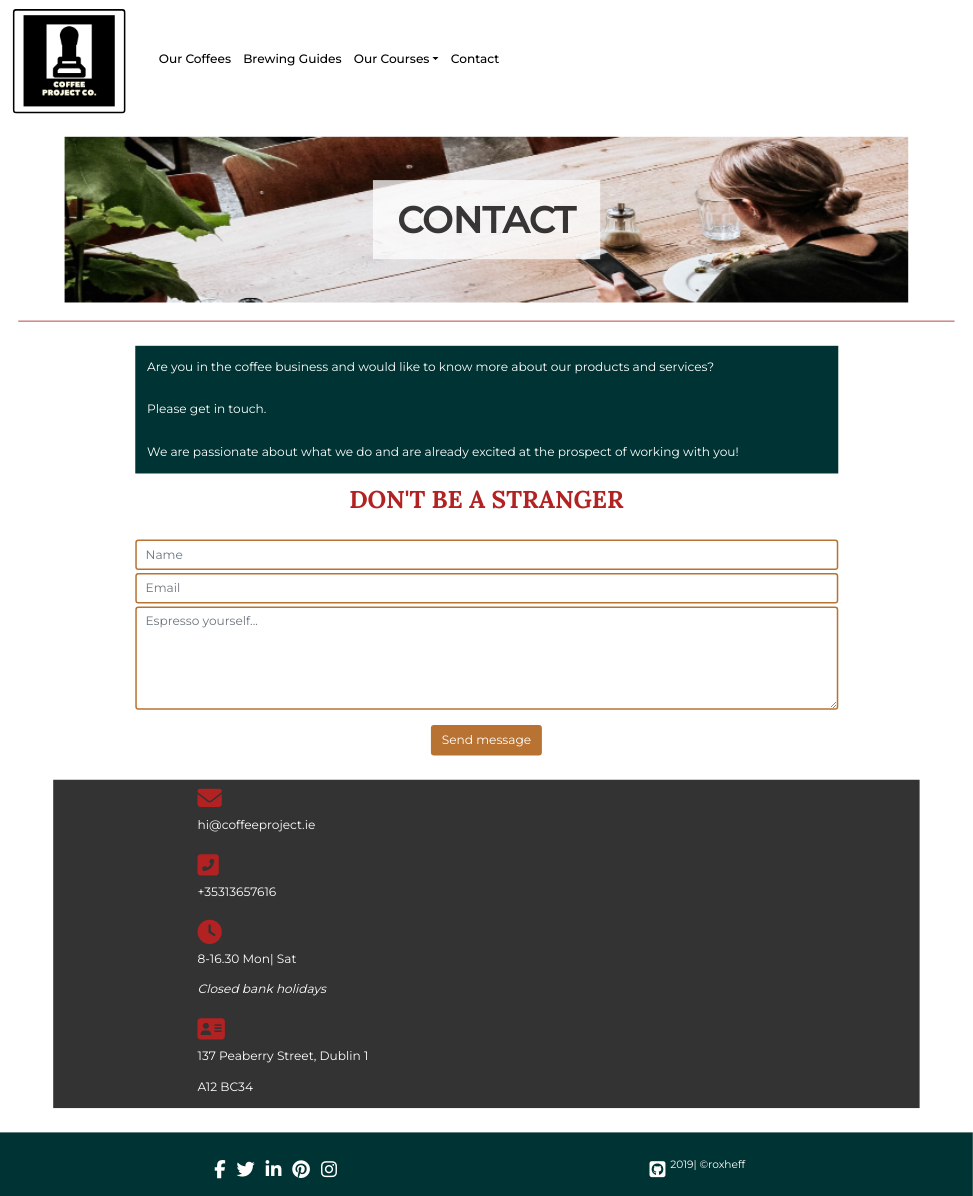
Repository: roxanahefferon/M1
Page: contact.html
The author's editor kept a record of every edit. The page is drawn from the files as they stood at one moment, then again after the next edit.
The browser window is 1280 px wide. The pictures show the whole page, at 76% of full size.
Some web libraries are served in a nearby version.

Above is the page before.

After the next edit:
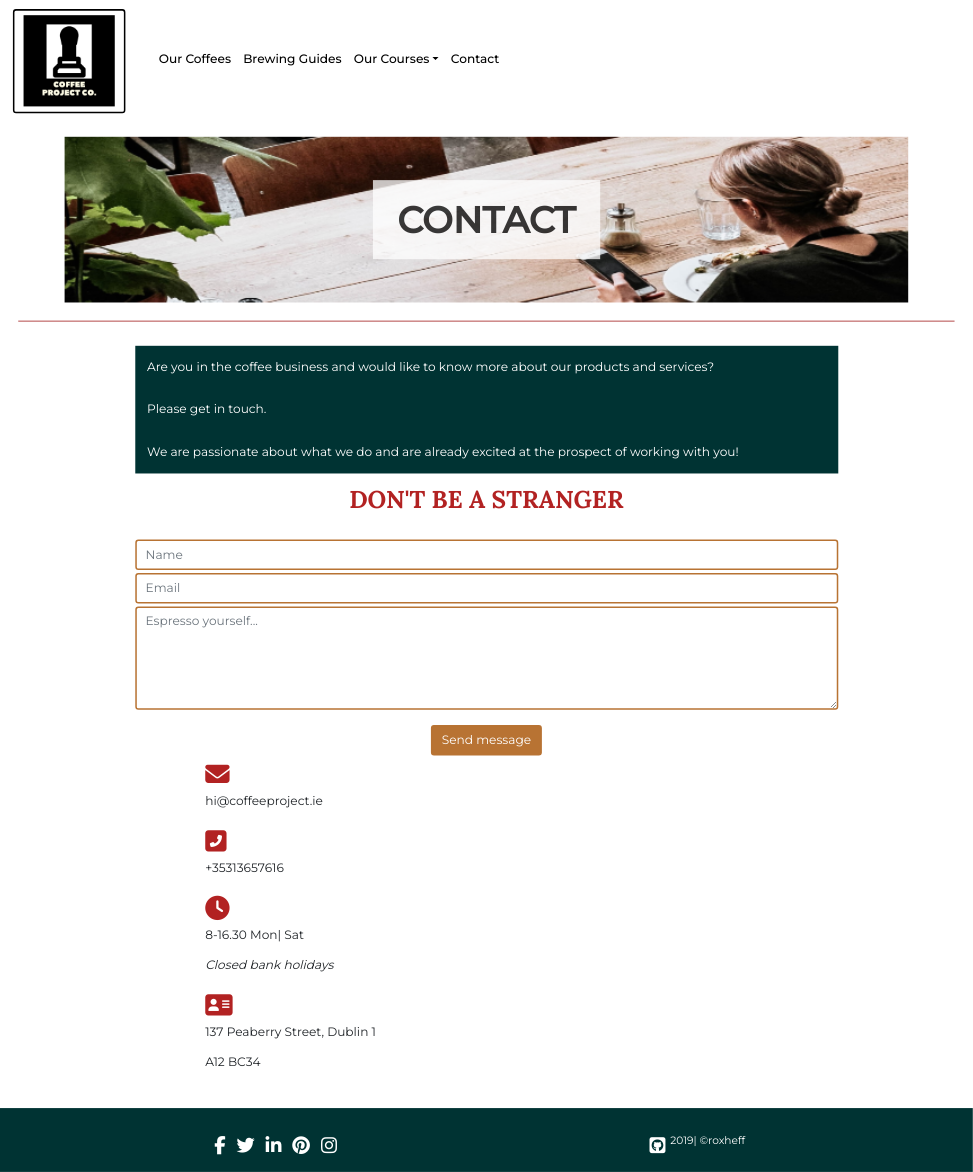
The edit:
--- a/contact.html
+++ b/contact.html
@@ -94,7 +94,7 @@
 
     <!-- contact us -->
 
-    <div class="container contact-us">
+    <div class="container">
         <div class="row no-gutters">
             <div class="col-9 offset-2">
                 <i class="fas fa-envelope fa-2x"></i>
